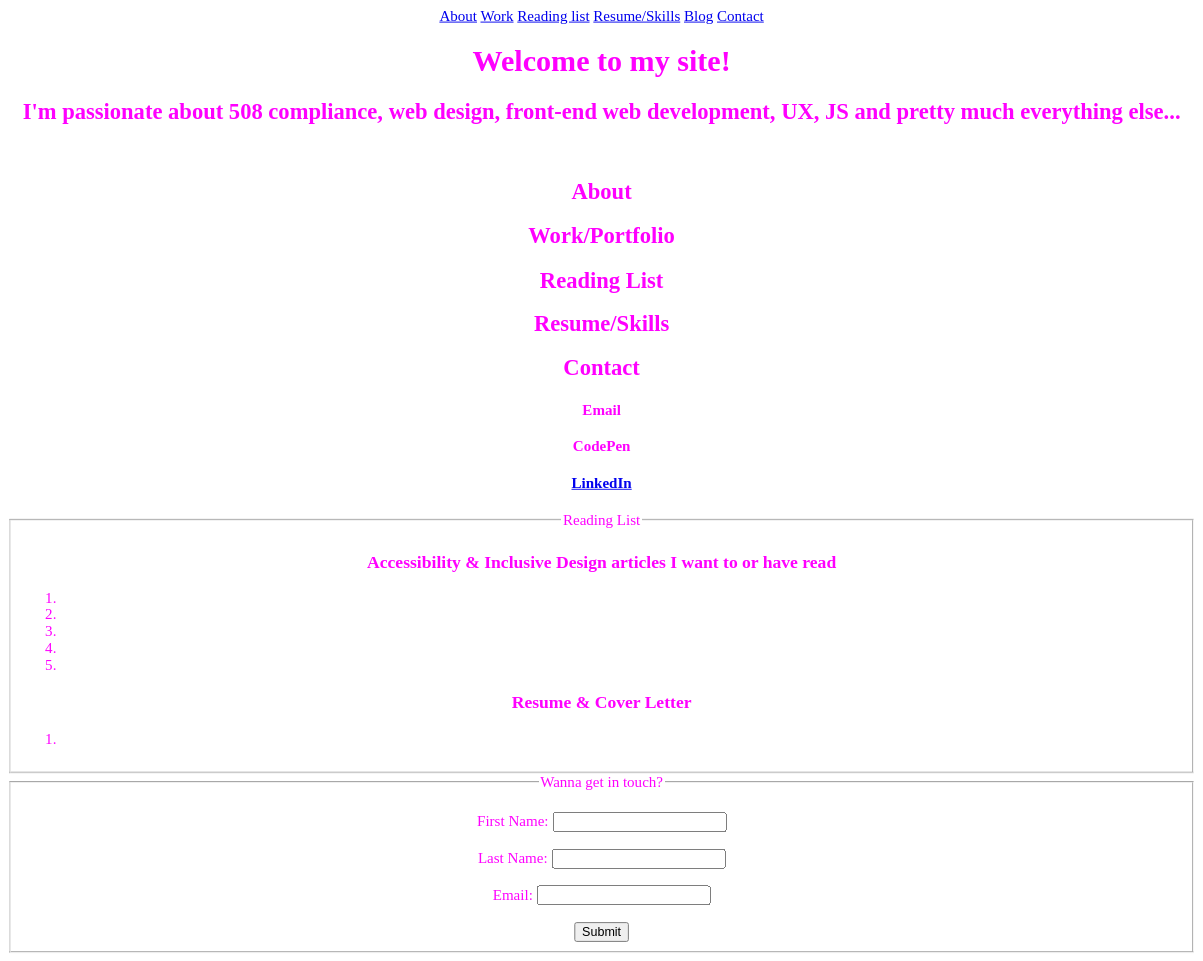
Repository: jasvr/jasvr.io
Page: index.html
These files come from the project's save history. The page is drawn as it stood at one moment and after the next save; the edit follows.
The browser window is 1280 px wide. The pictures show the whole page, at 94% of full size.

Above is the page before, as saved 2020-01-20 13:44:43.

After the next save:
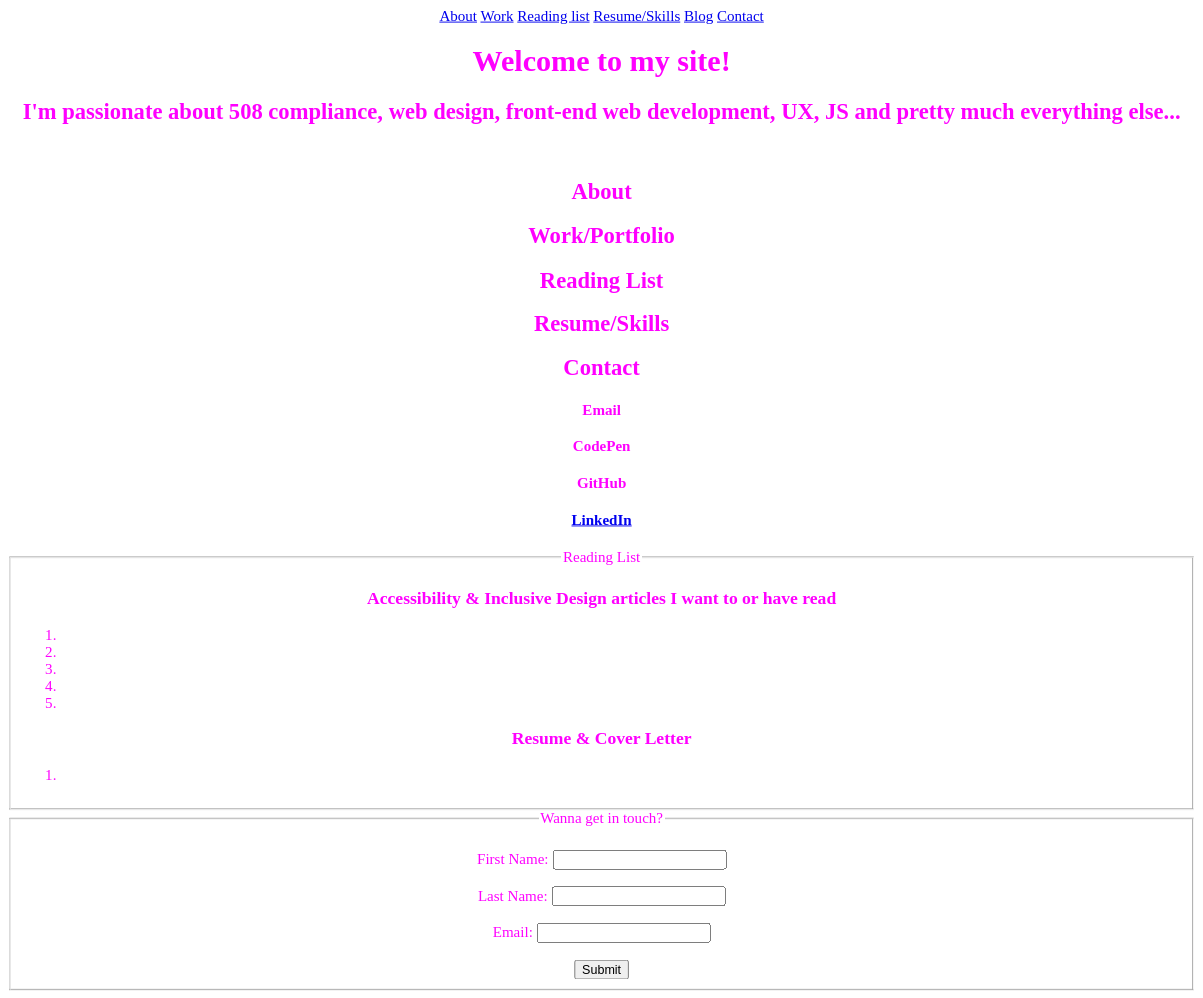
Saved 4 s later.
--- a/index.html
+++ b/index.html
@@ -30,7 +30,7 @@
     <h2>Contact</h2>
     <h4>Email</h4>
     <h4>CodePen</h4>
-    <h4></h4>
+    <h4>GitHub</h4>
     <h4><a href="https://www.linkedin.com/in/jasvrgs/">LinkedIn</a></h4>
 
     <fieldset>
